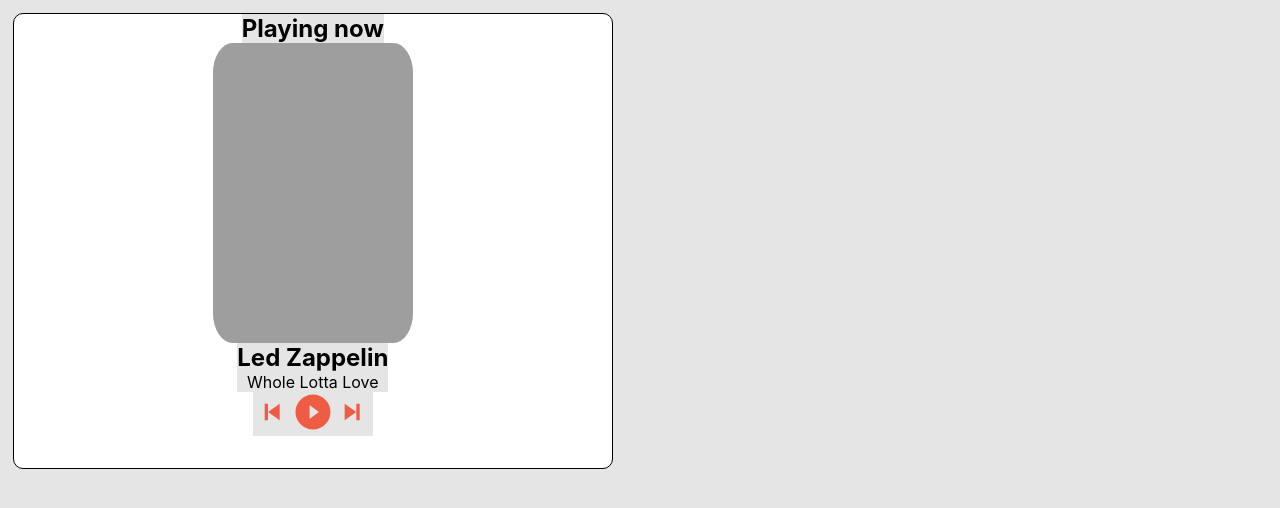
Repository: Sxcram02/playlist
Page: /
The author's editor kept a copy of each file at every save. The page is drawn from the files as they stood at one save, then again after a run of saves.
The browser window is 1280 px wide. The pictures show the whole page.
Pictures or frames that could not be fetched are drawn as grey boxes. The page's requests for data from a server got no answer. The project was rebuilt for these pictures with package versions that can differ from the ones it lists, and the page was loaded fresh each time. No one was signed in, and anything a server would have sent is missing.

Above is the page before, as saved 2023-02-23 09:23:52.

### src/index.js
import React from 'react';
import ReactDOM from 'react-dom/client';
import './index.css';
import App from './App';

const root = ReactDOM.createRoot(document.getElementById('root'));
root.render(
  <React.StrictMode>
    <App />
  </React.StrictMode>
);
// If you want to start measuring performance in your app, pass a function
// to log results (for example: reportWebVitals(console.log))
// or send to an analytics endpoint. Learn more: https://bit.ly/CRA-vitals

### src/App.js
import './App.css'
import { AiFillPlayCircle, AiFillPauseCircle } from 'react-icons/ai'
import { BiSkipNext, BiSkipPrevious } from 'react-icons/bi'
import { IconContext } from 'react-icons'
import { useState } from 'react'
import useSound from 'use-sound'

function App() {
  const [isPlaying, setIsPlaying] = useState(false)
  const [play,{pause, duration, sound}] = useSound("https://www.soundhelix.com/examples/mp3/SoundHelix-Song-1.mp3")

  const playingButton = () => {
    if(isPlaying){
      pause()
      setIsPlaying(false)
    } else {
      play()
      setIsPlaying(true)
    }
  }
  return (
    <div className="component">
      <h2>Playing now</h2>
      <img src="https://picsum.photos/200/300" alt="Imagen..." className="musicCover" />
      <div className="titleContainer">
        <h3 className="title">Led Zappelin</h3>
        <p className="subTitle">Whole Lotta Love</p>
      </div>
      <div>
        <button className="playButton">
          <IconContext.Provider value={{size:"3em", color:"#EF5C43"}}>
            <BiSkipPrevious />
          </IconContext.Provider>
        </button>
        {isPlaying ? (
          <button className="playButton">
            <IconContext.Provider value={{size:"3em", color:"#EF5C43"}}>
              <AiFillPauseCircle onClick={playingButton}/>
            </IconContext.Provider>
          </button>
        ) : (
          <button className="playButton">
            <IconContext.Provider value={{size:"3em", color:"#EF5C43"}}>
              <AiFillPlayCircle onClick={playingButton}/>
            </IconContext.Provider>
          </button>
        )}
        <button className="playButton">
          <IconContext.Provider value={{size:"3em", color:"#EF5C43"}}>
            <BiSkipNext />
          </IconContext.Provider>
        </button>
      </div>
    </div>
  );
}

export default App;

### src/App.css
* {
    background-color: #e5e5e5;
    padding: 0;
    margin: 0;
    box-sizing: border-box;
    scroll-behavior: smooth;
}

.component {
    background-color: white;
    width: 50%;
    max-width: 600px;
    margin: 1%;
    padding-bottom: 2em;
    border: 0.1px solid black;
    border-radius: 10px;
    display: flex;
    flex-direction: column;
    align-items: center;
    justify-content: center;
}

.musicCover {
    border-radius: 10%;
}

.titleContainer {
    text-align: center;
}

.title {
    font-size: 24px;
    font-weight: 700;
}

/*.subTitle {
    margin-top: -1em;
    color: #4f4f4f;
}*/

.playButton {
    background: none;
    border: none;
    align-items: center;
    justify-content: center;
}

Loaded but not shown: public/index.html (common file); src/index.css (common file)

After the next 2 saves:
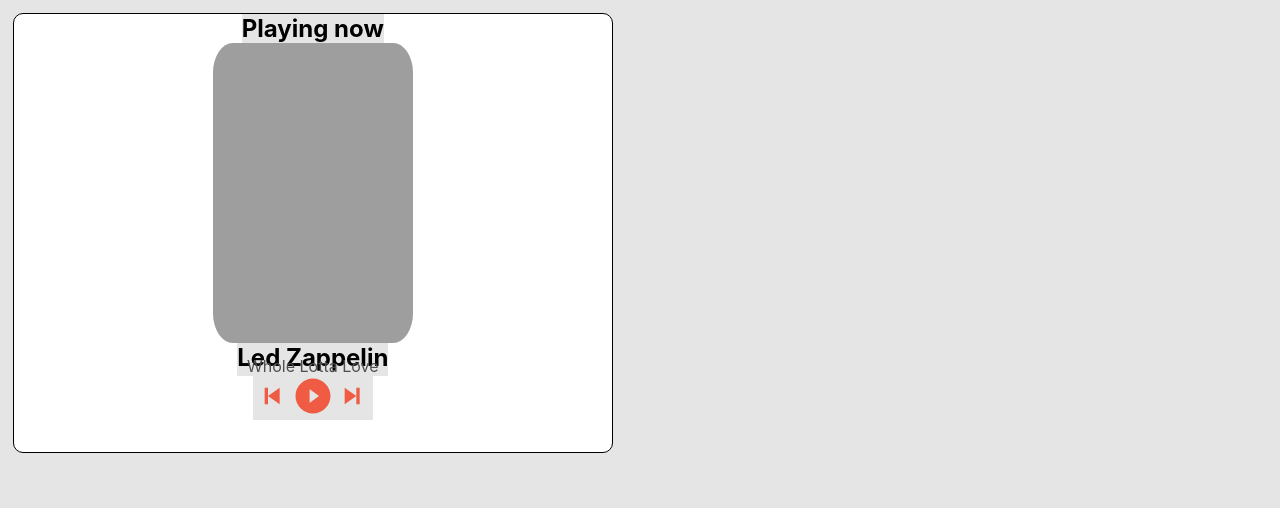
The 2 saves are shown as one change because they came seconds apart.
The last was saved 11 s later.
--- a/src/App.css
+++ b/src/App.css
@@ -33,10 +33,10 @@
     font-weight: 700;
 }
 
-/*.subTitle {
+.subTitle {
     margin-top: -1em;
     color: #4f4f4f;
-}*/
+}
 
 .playButton {
     background: none;
